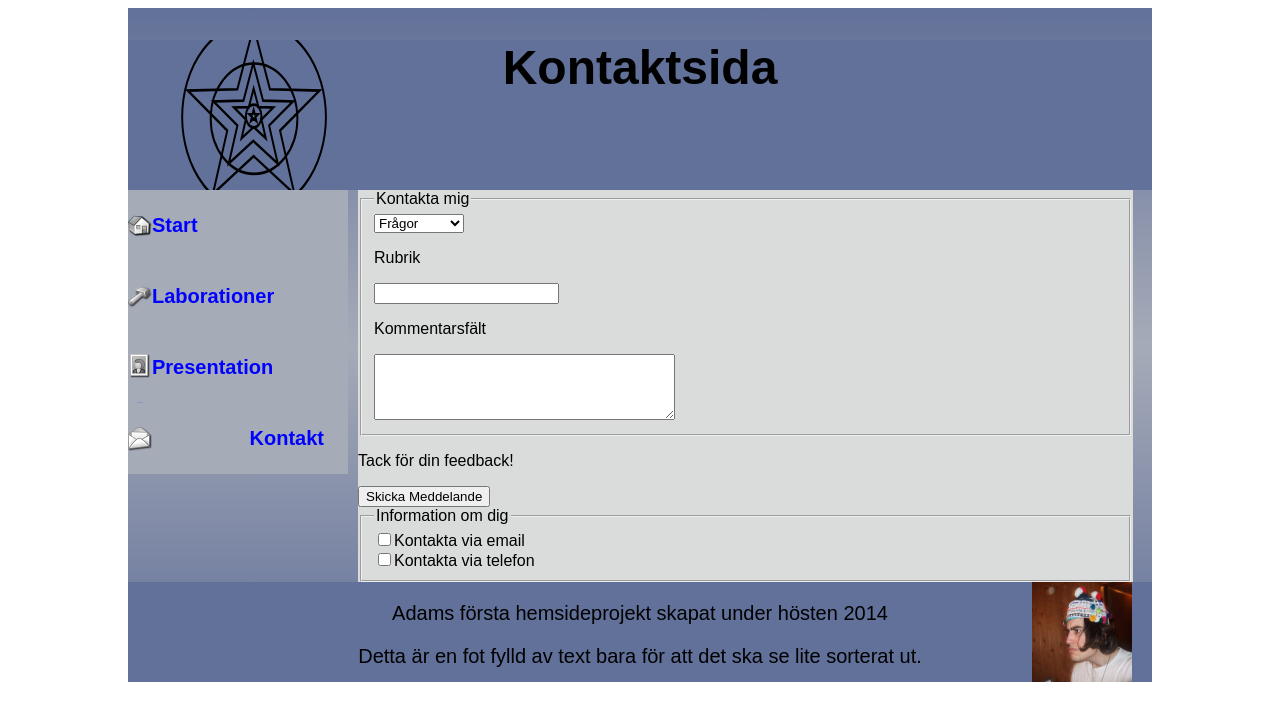
Repository: ao222qc/1IK415_ao222qc_copycat
Page: pages/kontakt.html
The author's editor kept a record of every edit. The page is drawn from the files as they stood at one moment, then again after the next edit.
The browser window is 1280 px wide. The pictures show the whole page.

Above is the page before.

After the next edit:
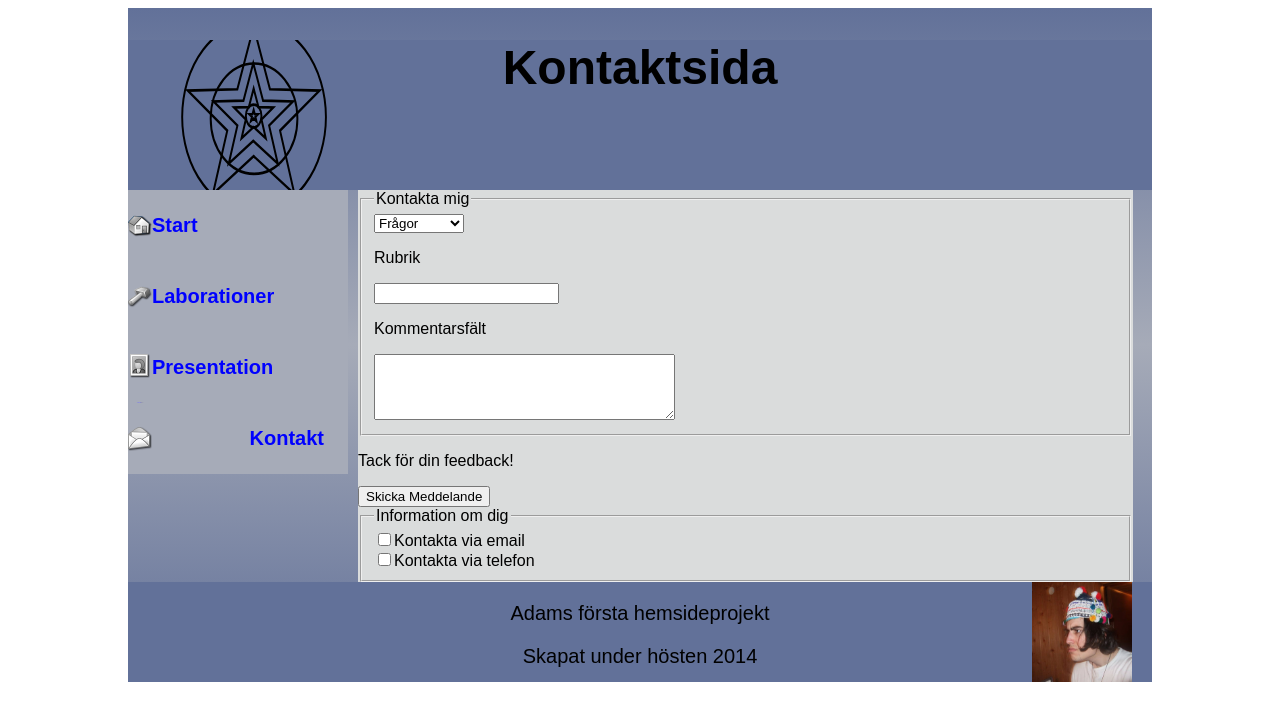
The edit:
--- a/pages/kontakt.html
+++ b/pages/kontakt.html
@@ -46,8 +46,9 @@
     </FORM>
     </div>
      <div id="footer">
-        <p>Adams första hemsideprojekt skapat under hösten 2014</p>
-        <p>Detta är en fot fylld av text bara för att det ska se lite sorterat ut.</p>
+         <p>Adams första hemsideprojekt
+         </p>
+        <p>Skapat under hösten 2014</p>
     </div>
     </div>
 </body>
